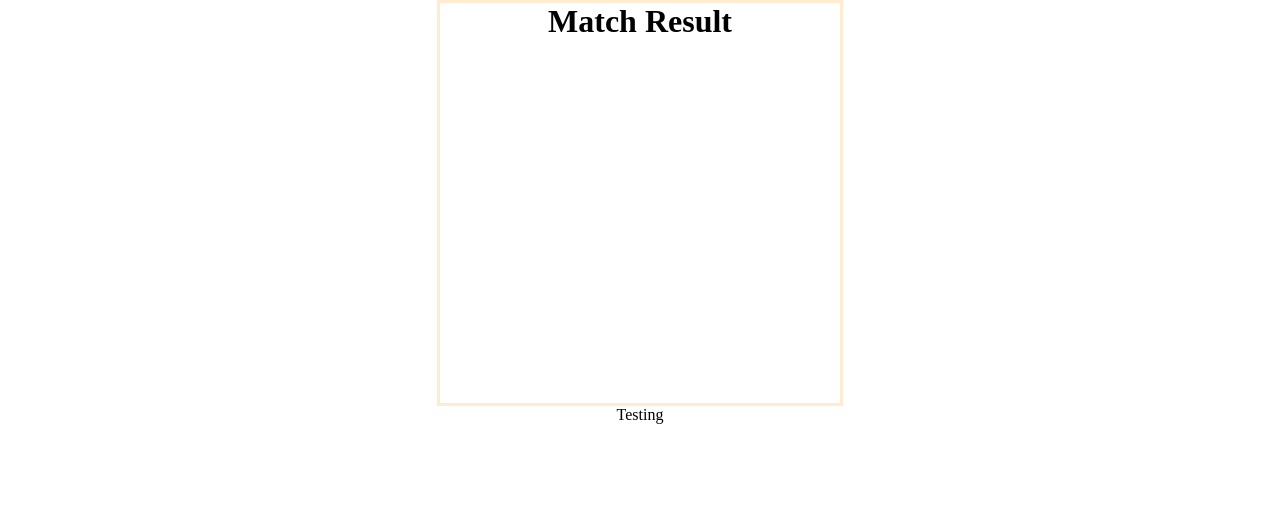
Repository: stevenxylver/mini-games
Page: index.html
These files come from the project's save history. The page is drawn as it stood at one moment and after the next save; the edit follows.
The browser window is 1280 px wide. The pictures show the whole page.

Above is the page before, as saved 2022-07-16 13:30:18.

After the next save:
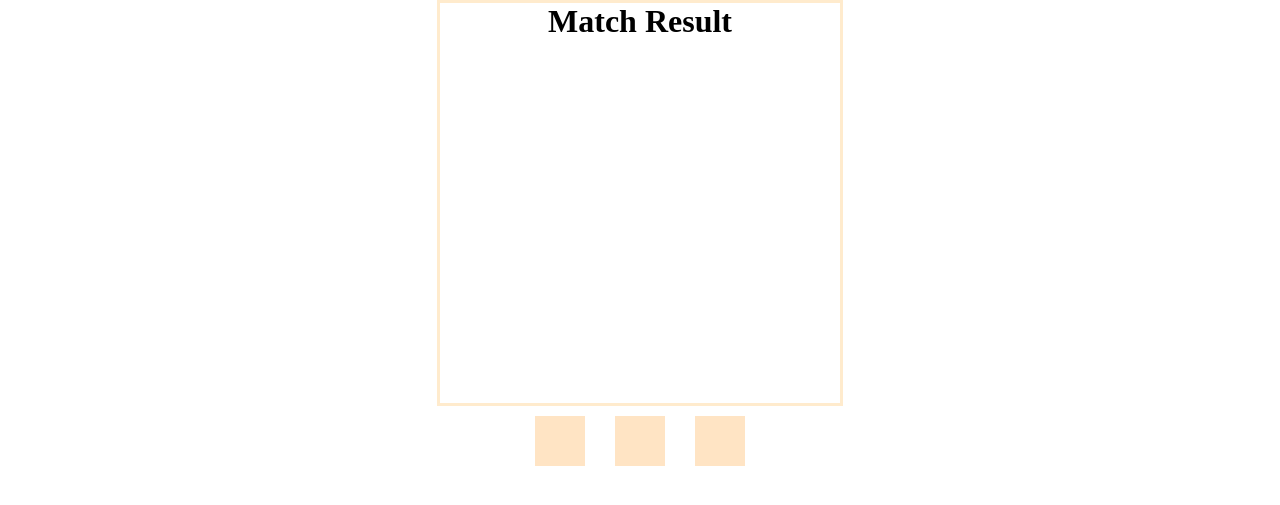
Saved 2 s later.
--- a/index.html
+++ b/index.html
@@ -14,10 +14,11 @@
             <h1 class="result"></h1>
         </div>
         <div class="games">
-            <div>
-                Testing
+            <div class="games">
+                <div class="option"></div>
+                <div class="option"></div>
+                <div class="option"></div>
             </div>
-        </div>
         </div>
     </body>
     </html>
